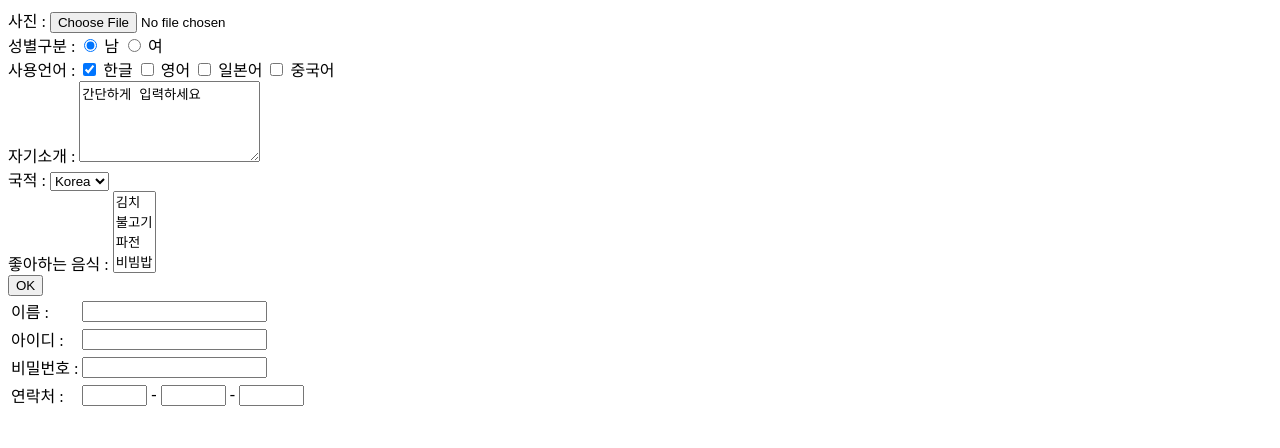
Repository: usonihs/StudyX
Page: JSP/HTML/src/main/webapp/Lec06Quiz.html
The author's editor kept a copy of each file at every save. The page is drawn from the files as they stood at one save, then again after the next save.
The browser window is 1280 px wide. The pictures show the whole page.

Above is the page before, as saved 2022-10-19 06:34:14.

### JSP/HTML/src/main/webapp/Lec06Quiz.html
<!DOCTYPE html>
<html>
<head>
<meta charset="UTF-8">
<title>Insert title here</title>
</head>
<body>
<table border="0">
<form action="#" method="post">
		<tr>
		<td>
		이름 :
		</td>
		<td>
		 <input type="text" name="userName"><br>
		</td>
		</tr>

		<tr>
		<td>
		아이디 :
		</td>
		<td>
		 <input type="text" name="userId"><br>
		</td>
		</tr>

		<tr>
		<td>
		비밀번호 :
		</td>
		<td>
		 <input type="password" name="userPassword"><br>
		</td>
		</tr>

		<tr>
		<td>
		연락처 :
		</td>
		<td>
		<input type="text" name="phone1" size="5"> -
		<input type="text" name="phone2" size="5"> -
		<input type="text" name="phone3" size="5"> <br>
		</td>
		</tr>

		사진 : <input type="file" name="picture"><br>
		성별구분 :
		<input type="radio" name="gender" Value="man" checked="checked"> 남
		<input type="radio" name="gender" Value="woman"> 여 <br>
		사용언어 :
		<input type="checkbox" name="lang" value="kor" checked="checked"> 한글
		<input type="checkbox" name="lang" value="eng"> 영어
		<input type="checkbox" name="lang" value="jpn"> 일본어
		<input type="checkbox" name="lang" value="chn"> 중국어 <br>

		자기소개 :
		<textarea rows="5" cols="20">간단하게 입력하세요</textarea><br>

		국적 :
		<select>
			<option>Korea</option>
			<option>USA</option>
			<option>Japan</option>
			<option>China</option>
		</select> <br>

		좋아하는 음식 :
		<select multiple="multiple">
		<option>김치</option>
		<option>불고기</option>
		<option>파전</option>
		<option>비빔밥</option>
		<option>냉면</option>
		<option>순대</option>
		</select><br>

		<input type="submit" name="okBtn" value="OK">
	</form>
</table>
</body>
</html>

After the next save:
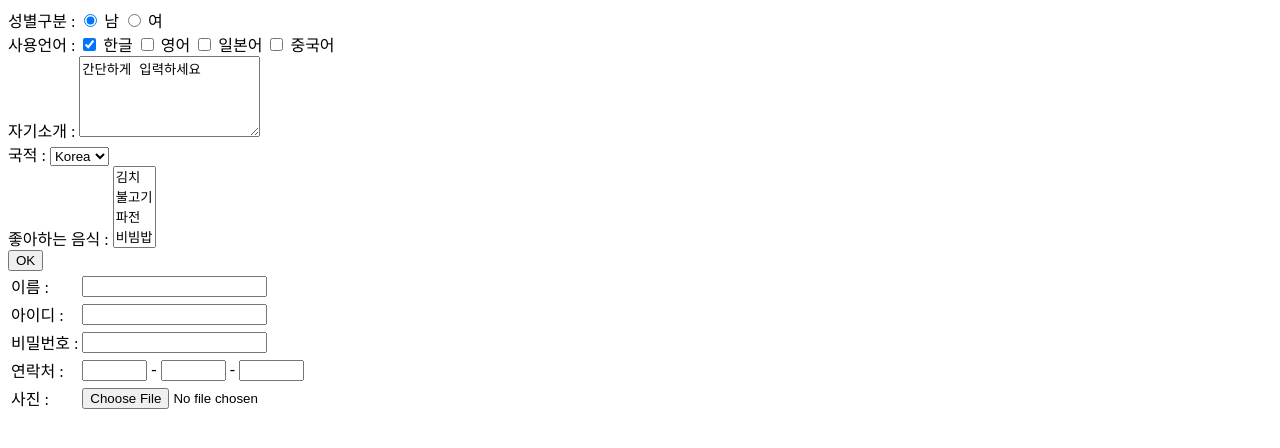
Saved 39 s later.
--- a/JSP/HTML/src/main/webapp/Lec06Quiz.html
+++ b/JSP/HTML/src/main/webapp/Lec06Quiz.html
@@ -45,7 +45,14 @@
 		</td>
 		</tr>
 
-		사진 : <input type="file" name="picture"><br>
+		<tr>
+		<td>
+		사진 :
+		</td>
+		<td>
+		 <input type="file" name="picture"><br>
+		</td>
+		</tr>
 		성별구분 :
 		<input type="radio" name="gender" Value="man" checked="checked"> 남
 		<input type="radio" name="gender" Value="woman"> 여 <br>
